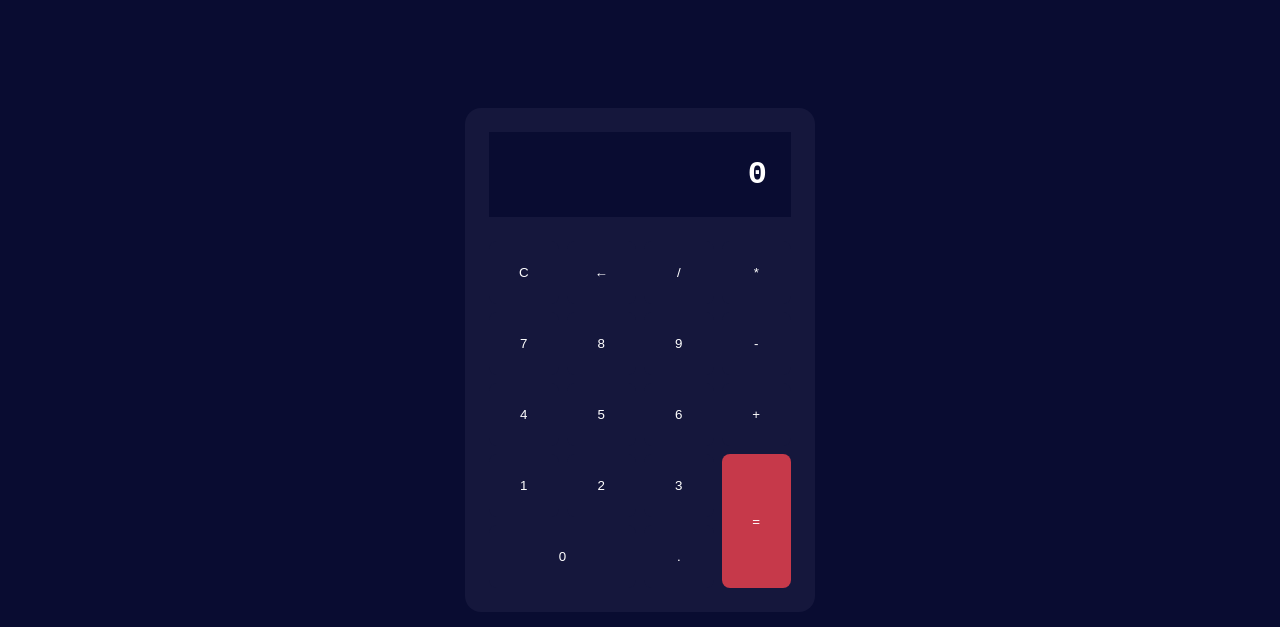
Repository: Herinyhert/Calculator
Page: index.html
The author's editor kept a copy of each file at every save. The page is drawn from the files as they stood at one save, then again after the next save.
The browser window is 1280 px wide. The pictures show the whole page.

Above is the page before, as saved 2023-05-21 20:54:43.

After the next save:
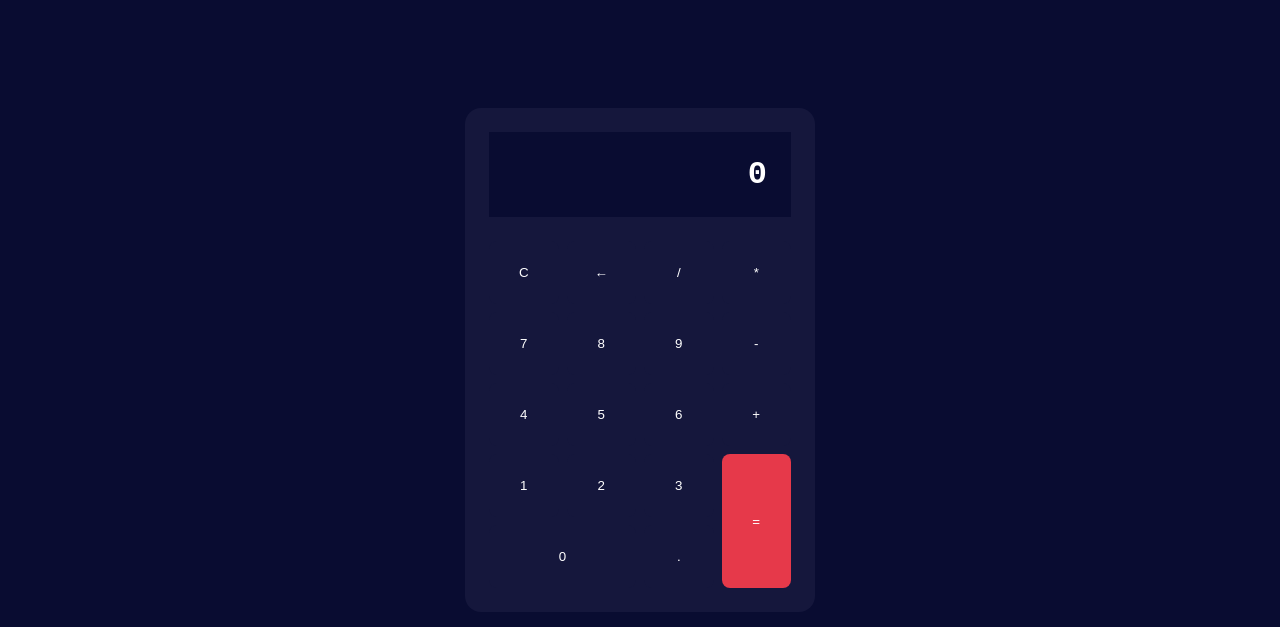
Saved 9 s later.
--- a/css/main.css
+++ b/css/main.css
@@ -58,5 +58,5 @@ body{
 
 #equal{
     grid-row: span 2;
-    background-color: #c6394a;
+    background-color: #e6394a;
 }
